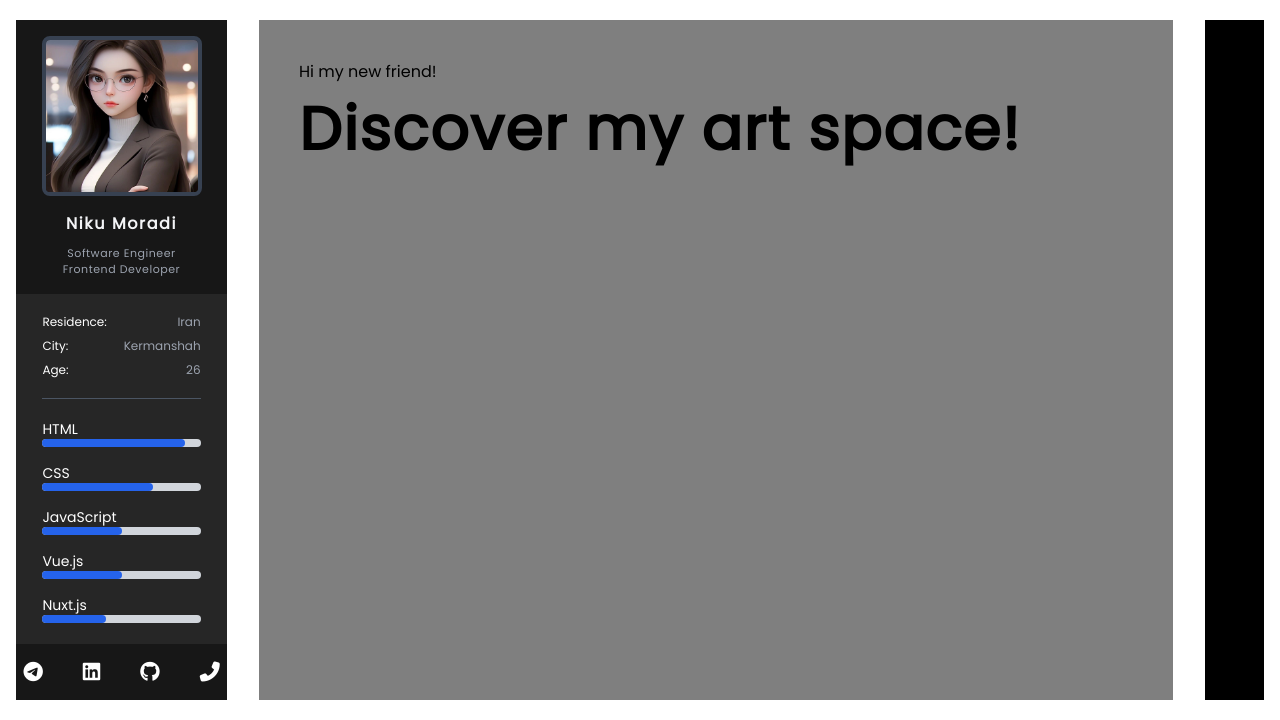
Repository: NikuMoradi/niku-moradi
Page: /
The author's editor kept a copy of each file at every save. The page is drawn from the files as they stood at one save, then again after the next save.
The browser window is 1280 px wide. The pictures show the whole page.
The project was rebuilt for these pictures with package versions that can differ from the ones it lists, and the page was loaded fresh each time. The framework's server and built-in components were replaced by stand-ins that run in the browser. Also part of the build but not shown: nuxt.config.ts, components/Blog Posts/Component-Design.vue, components/Blog.vue, components/Contact.vue, components/Education.vue, components/Experience.vue, components/Hero.vue, components/Menu.vue and 3 more.

Above is the page before, as saved 2024-11-29 15:13:46.

### assets/css/main.css
@tailwind base;
@tailwind components;
@tailwind utilities;

body {
  /* From https://css.glass */
  background: #ffffff;
  font-family: "Poppins", sans-serif;
}

@layer utilities {
}

### components/LeftPanel.vue
<template>
  <div
    class="bg-neutral-800 text-white w-72 flex flex-col items-center"
    style="height: calc(100vh - 40px)"
  >
    <!-- Header-->
    <div
      class="w-full py-4 flex flex-col items-center justify-center bg-neutral-900"
    >
      <img
        src="../assets/img/photo_2024-11-28_10-37-05.jpg"
        alt="Profile Picture"
        class="w-40 h-40 mb-5 rounded-lg border-4 border-gray-700 object-cover object-center"
      />
      <h2
        class="text-gray-100 text-[16px] font-semibold tracking-widest leading-[16.8px] mb-3"
      >
        Niku Moradi
      </h2>
      <p
        class="text-gray-400 text-[11px] font-light tracking-wider leading-[16.5px]"
      >
        Software Engineer
      </p>
      <p
        class="text-gray-400 text-[11px] font-light tracking-wider leading-[16.5px]"
      >
        Frontend Developer
      </p>
    </div>

    <div class="w-3/4 flex flex-col overflow-y-auto scrollbar-hide">
      <!-- table -->
      <div class="py-5 text-xs border-b border-gray-600 mb-5">
        <ul class="space-y-2">
          <li class="flex justify-between">
            <h6>Residence:</h6>
            <span class="text-gray-400">Iran</span>
          </li>
          <li class="flex justify-between">
            <h6>City:</h6>
            <span class="text-gray-400">Kermanshah</span>
          </li>
          <li class="flex justify-between">
            <h6>Age:</h6>
            <span class="text-gray-400">26</span>
          </li>
        </ul>
      </div>
      <!-- Skill Bars -->
      <div class="space-y-4 pb-5 border-b border-gray-600 mb-5">
        <div>
          <label class="block text-sm">HTML</label>
          <div class="w-full bg-gray-300 h-2 rounded-full">
            <div class="bg-blue-600 h-2 rounded-full w-[90%]"></div>
          </div>
        </div>
        <div>
          <label class="block text-sm">CSS</label>
          <div class="w-full bg-gray-300 h-2 rounded-full">
            <div class="bg-blue-600 h-2 rounded-full w-[70%]"></div>
          </div>
        </div>
        <div>
          <label class="block text-sm">JavaScript</label>
          <div class="w-full bg-gray-300 h-2 rounded-full">
            <div class="bg-blue-600 h-2 rounded-full w-[50%]"></div>
          </div>
        </div>
        <div>
          <label class="block text-sm">Vue.js</label>
          <div class="w-full bg-gray-300 h-2 rounded-full">
            <div class="bg-blue-600 h-2 rounded-full w-[50%]"></div>
          </div>
        </div>
        <div>
          <label class="block text-sm">Nuxt.js</label>
          <div class="w-full bg-gray-300 h-2 rounded-full">
            <div class="bg-blue-600 h-2 rounded-full w-[40%]"></div>
          </div>
        </div>
        <div>
          <label class="block text-sm">Quasar</label>
          <div class="w-full bg-gray-300 h-2 rounded-full">
            <div class="bg-blue-600 h-2 rounded-full w-[70%]"></div>
          </div>
        </div>
        <div>
          <label class="block text-sm">Tailwind</label>
          <div class="w-full bg-gray-300 h-2 rounded-full">
            <div class="bg-blue-600 h-2 rounded-full w-[60%]"></div>
          </div>
        </div>
      </div>
      <!-- General Skills -->
      <ul
        class="text-gray-400 text-[11px] font-light tracking-wider space-y-2 mb-5"
      >
        <li class="flex items-center">
          <i class="fas fa-check fa-xs text-blue-500 mr-2"></i>
          English Level B2
        </li>
        <li class="flex items-center">
          <i class="fas fa-check fa-xs text-blue-500 mr-2"></i>
          Git Knowledge
        </li>
        <li class="flex items-center">
          <i class="fas fa-check fa-xs text-blue-500 mr-2"></i>
          Design Patterns
        </li>
      </ul>
    </div>

    <!-- Social Links -->
    <div class="w-full py-4 text-center mt-auto bg-neutral-900 text-white">
      <div class="space-x-10">
        <a
          href="https://t.me/yourusername"
          target="_blank"
          class="text-white hover:text-blue-400"
        >
          <i class="fab fa-telegram fa-lg"></i>
        </a>
        <a
          href="https://linkedin.com/in/yourusername"
          target="_blank"
          class="text-white hover:text-blue-600"
        >
          <i class="fab fa-linkedin fa-lg"></i>
        </a>
        <a
          href="https://github.com/yourusername"
          target="_blank"
          class="text-white hover:text-gray-700"
        >
          <i class="fab fa-github fa-lg"></i>
        </a>
        <a href="tel:+1234567890" class="text-white hover:text-green-400">
          <i class="fas fa-phone-alt fa-lg"></i>
        </a>
      </div>
    </div>
  </div>
</template>

### components/RightPanel.vue
<template>
  <div class="bg-black w-20" style="height: calc(100vh - 40px)"></div>
</template>

### layouts/default.vue
<template>
  <div
    class="flex justify-center items-center min-h-screen bg-white px-4 space-x-8"
  >
    <LeftPanel />

    <!-- Fixed Width Centered Card -->
    <div
      class="bg-black bg-opacity-50 w-full max-w-5xl overflow-hidden"
      style="height: calc(100vh - 40px)"
    >
      <!-- Scrollable Content -->
      <div class="overflow-y-auto h-full scrollbar-hide">
        <NuxtPage />
      </div>
    </div>
    <!-- Right Panel -->
    <RightPanel />
  </div>
</template>

<style>
/* Add any custom global styles here */
body {
  background: linear-gradient(to bottom, #f0f0f0, #d0d0d0);
}
</style>

### app.vue
<!-- The app.vue is just holding the layout container and serving as the root.
 The default.vue layout handles the overall structure of the page.
All content from your pages will automatically be placed inside the NuxtPage slot of the layout.-->
<template>
  <NuxtLayout />
</template>

### pages/index.vue
<template>
  <div class="w-full h-[50vh] flex flex-col justify-left p-10">
    <p>Hi my new friend!</p>
    <h1 class="text-6xl font-[900] tracking-wide leading-normal">
      Discover my art space!
    </h1>
  </div>
</template>

<style></style>

### tailwind.config.js
/** @type {import('tailwindcss').Config} */
export default {
  content: [
    "./components/**/*.{js,vue,ts}",
    "./layouts/**/*.vue",
    "./pages/**/*.vue",
    "./plugins/**/*.{js,ts}",
    "./app.vue",
    "./error.vue",
  ],
  theme: {
    extend: {},
  },
  plugins: [require("tailwind-scrollbar-hide")],
};

Loaded but not shown: plugins/aos.client.js (no copy from this time; the picture is the same without it)

After the next save:
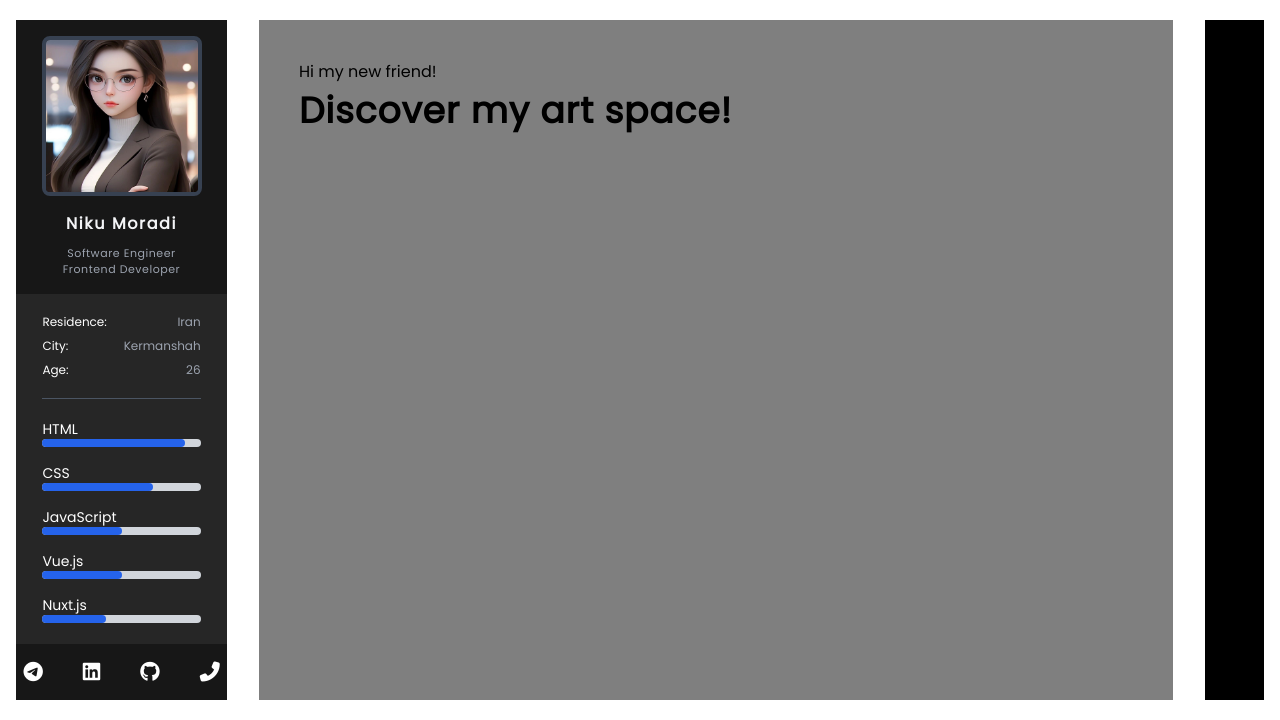
Saved 5 s later.
--- a/pages/index.vue
+++ b/pages/index.vue
@@ -1,7 +1,7 @@
 <template>
   <div class="w-full h-[50vh] flex flex-col justify-left p-10">
     <p>Hi my new friend!</p>
-    <h1 class="text-6xl font-[900] tracking-wide leading-normal">
+    <h1 class="text-4xl font-[900] tracking-wide leading-normal">
       Discover my art space!
     </h1>
   </div>
